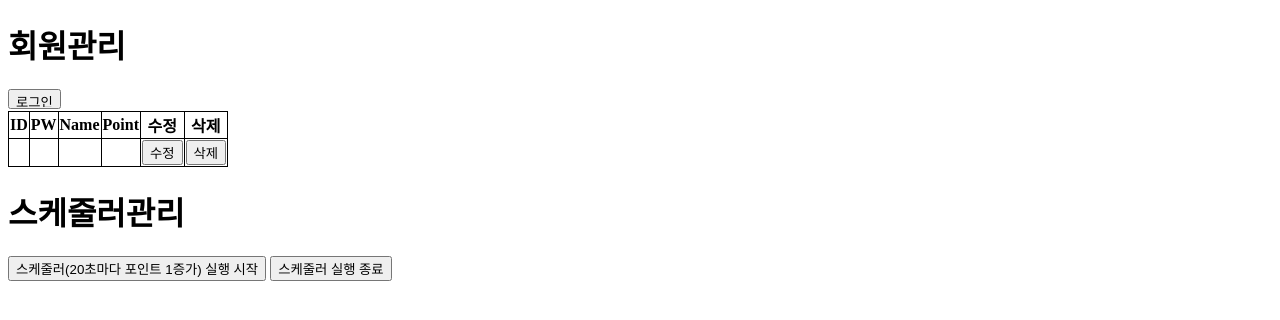
Repository: euniiee/test11
Page: http://localhost/Project/memList.jsp
An editor plug-in stored every save of this project. The page is shown before and after a run of saves, followed by the edit.
The browser window is 1280 px wide. The pictures show the whole page.
The page is served by Tomcat 9. Other server files are loaded and not shown.

Above is the page before, as saved 2023-02-01 01:48:17.

### Project/WebContent/memList.jsp
<%@ page language="java" contentType="text/html; charset=UTF-8"
    pageEncoding="UTF-8"%>
<!DOCTYPE html>
<html>
<head>
<meta charset="UTF-8">
<title>Insert title here</title>
<script src="https://code.jquery.com/jquery-3.6.3.js" integrity="sha256-nQLuAZGRRcILA+6dMBOvcRh5Pe310sBpanc6+QBmyVM=" crossorigin="anonymous"></script>
<script>
$(function() {
	$('.delete').click(function(){
		alert("삭제되었습니다.");
	});

})
</script>
<style>
	table {
		border-collapse : collapse;
	}
	table, th, td {
		border: 1px solid black;
	}
</style>
</head>
<body>
<div>
	<div>
		<h1>회원관리</h1>
		<input style="height: 20px;" type="button" value="로그인">
	</div>
	<table>
			<tr>
				<th>ID</th>
				<th>PW</th>
				<th>Name</th>
				<th>Point</th>
				<th>수정</th>
				<th>삭제</th>
			</tr>
			<tr>
				<td></td>
				<td></td>
				<td></td>
				<td></td>
				<td><input type="button" value="수정"></td>
				<td><input type="button" class="delete" value="삭제"></td>
			</tr>

	</table>
	<div>
		<h1>스케줄러관리</h1>
		<input type="button" value="스케줄러(20초마다 포인트 1증가) 실행 시작">
		<input type="button" value="스케줄러 실행 종료">
	</div>


</div>


</body>
</html>

After the next 2 saves:
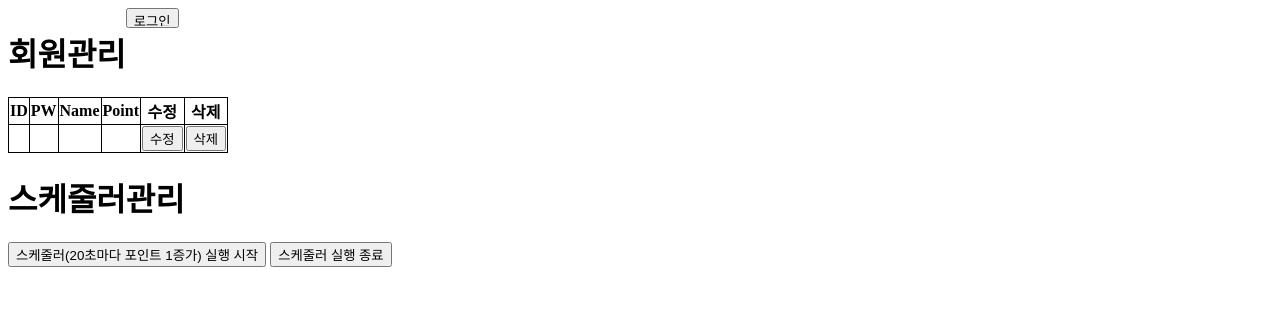
The 2 saves are shown as one change because they came seconds apart.
The last was saved 20 s later.
--- a/Project/WebContent/memList.jsp
+++ b/Project/WebContent/memList.jsp
@@ -25,7 +25,7 @@ $(function() {
 </head>
 <body>
 <div>
-	<div>
+	<div style="display: flex;">
 		<h1>회원관리</h1>
 		<input style="height: 20px;" type="button" value="로그인">
 	</div>
